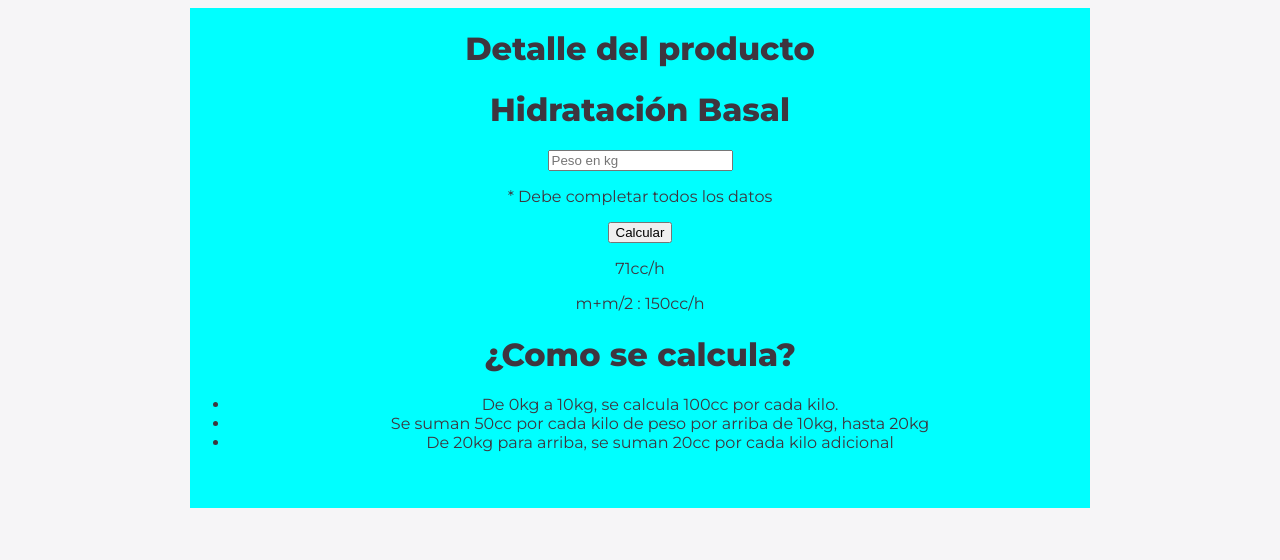
Repository: Fredy452/calculadora_basal
Page: index.html
An editor plug-in stored every save of this project. The page is shown before and after the next save, followed by the edit.
The browser window is 1280 px wide. The pictures show the whole page.

Above is the page before, as saved 2023-04-21 07:23:47.

### index.html
<!DOCTYPE html>
<html lang="en">
<head>
    <meta charset="UTF-8">
    <meta http-equiv="X-UA-Compatible" content="IE=edge">
    <meta name="viewport" content="width=device-width, initial-scale=1.0">
    <title>Calculadora de hidratación</title>
    <link rel="stylesheet" href="style.css">
</head>
<body>
    <div id="contenedor">
        <h1>Detalle del producto</h1>
        <div>
            <h1>Hidratación Basal</h1>
            <input type="number" name="peso" id="peso" placeholder="Peso en kg">
            <p>* Debe completar todos los datos</p>
            <button>Calcular</button>
            <p>71cc/h</p>
            <p>m+m/2 : 150cc/h</p>
        </div>
        <div>
            <h1>¿Como se calcula?</h1>
            <ul>
                <li>De 0kg a 10kg, se calcula 100cc por cada kilo.</li>
                <li>Se suman 50cc por cada kilo de peso por arriba de 10kg, hasta 20kg</li>
                <li>De 20kg para arriba, se suman 20cc por cada kilo adicional</li>
            </ul>
        </div>
    </div>
</body>
</html>

### style.css
@import url('https://fonts.googleapis.com/css?family=Montserrat:400,800');

body{
    font-family: 'Montserrat', sans-serif;
    background: #f6f5f7;
    color: #3E363F;
    display: flex;
    justify-content: center;
    align-content: center;
    text-align: center;
}
#contenedor{
    width: 900px;
    height: 500px;
    background-color: aqua;

}

After the next save:
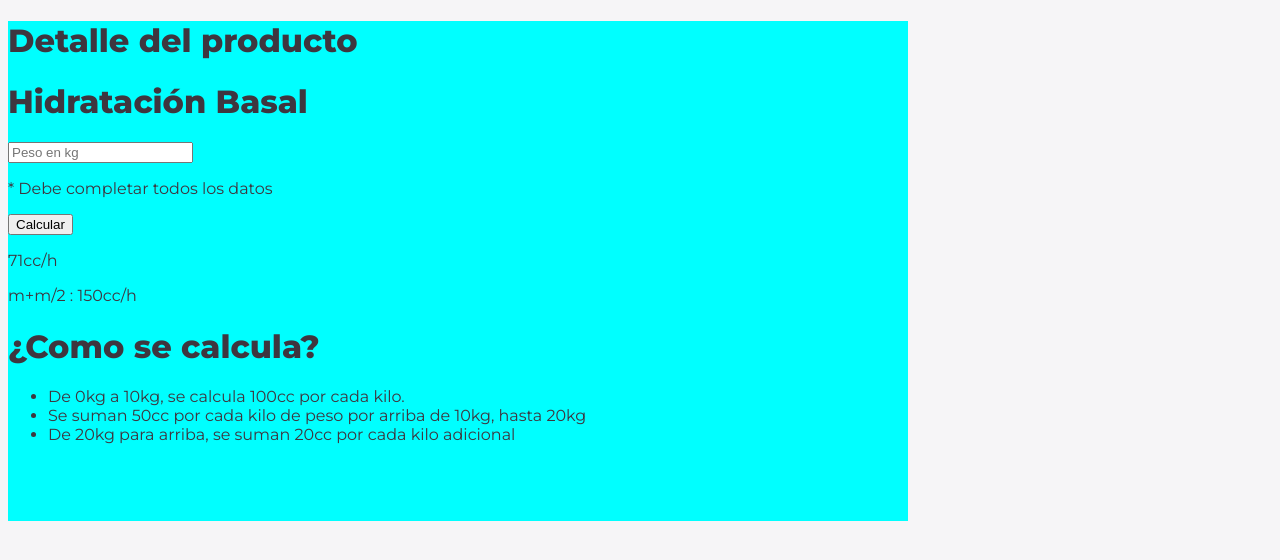
Saved 23 s later.
--- a/style.css
+++ b/style.css
@@ -4,10 +4,6 @@ body{
     font-family: 'Montserrat', sans-serif;
     background: #f6f5f7;
     color: #3E363F;
-    display: flex;
-    justify-content: center;
-    align-content: center;
-    text-align: center;
 }
 #contenedor{
     width: 900px;
